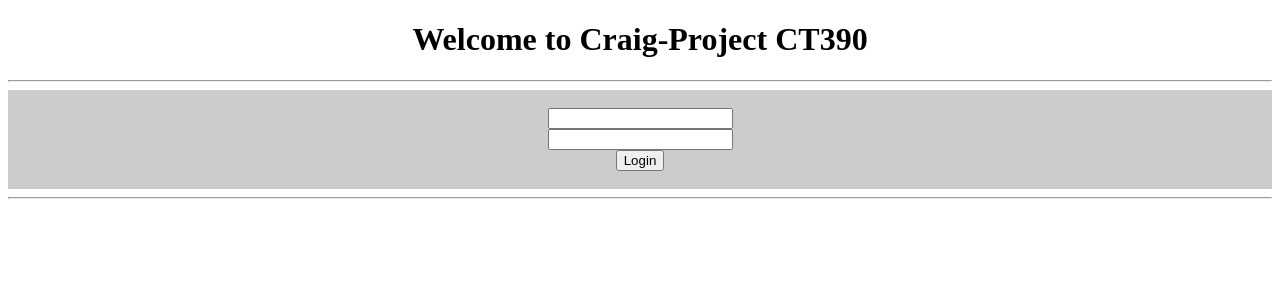
Repository: amirdt22/CT390_Project
Page: http://localhost/craig-project/
These files come from the project's save history. The page is drawn as it stood at one moment and after the next save; the edit follows.
The browser window is 1280 px wide. The pictures show the whole page.
The page is served by Tomcat 9. Other server files are loaded and not shown.

Above is the page before, as saved 2012-04-22 13:00:26.

### craig-project/WebContent/index.jsp
<%@ page language="java" contentType="text/html; charset=UTF-8"
    pageEncoding="UTF-8"%>
<!DOCTYPE html PUBLIC "-//W3C//DTD HTML 4.01 Transitional//EN" "http://www.w3.org/TR/html4/loose.dtd">
<html>
<head>
<meta http-equiv="Content-Type" content="text/html; charset=UTF-8">
<title>Craig-Project</title>
</head>
<body>
	<center>
		<h1>Welcome to Craig-Project CT390</h1>

	<hr>
		<form style="background-color: #CCCCCC" action="Login" method="POST"><br>
			<input type="text" name="username" id="username"/><br>
			<input type="password" name="password" id="password"/><br>
			<input type="submit" value="Login" id="loginSubmit"/><br><br>
		</form>
	<hr>
	</center>
</body>
</html>

After the next save:
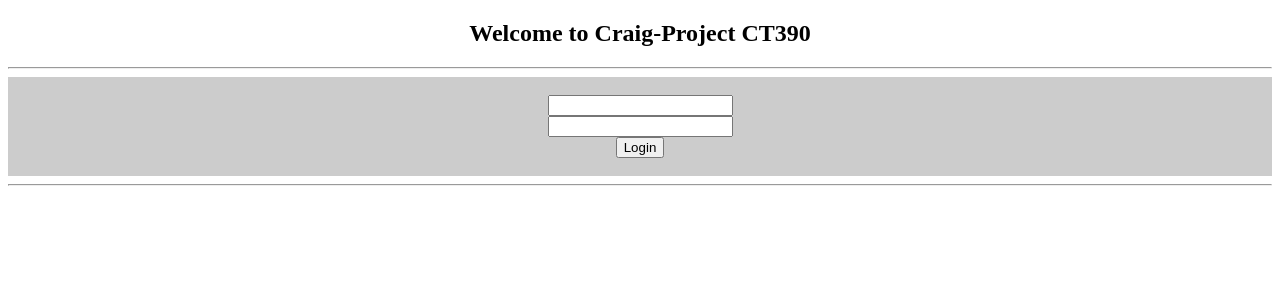
Saved 21 s later.
--- a/craig-project/WebContent/index.jsp
+++ b/craig-project/WebContent/index.jsp
@@ -8,7 +8,7 @@
 </head>
 <body>
 	<center>
-		<h1>Welcome to Craig-Project CT390</h1>
+		<h2>Welcome to Craig-Project CT390</h2>
 
 	<hr>
 		<form style="background-color: #CCCCCC" action="Login" method="POST"><br>
